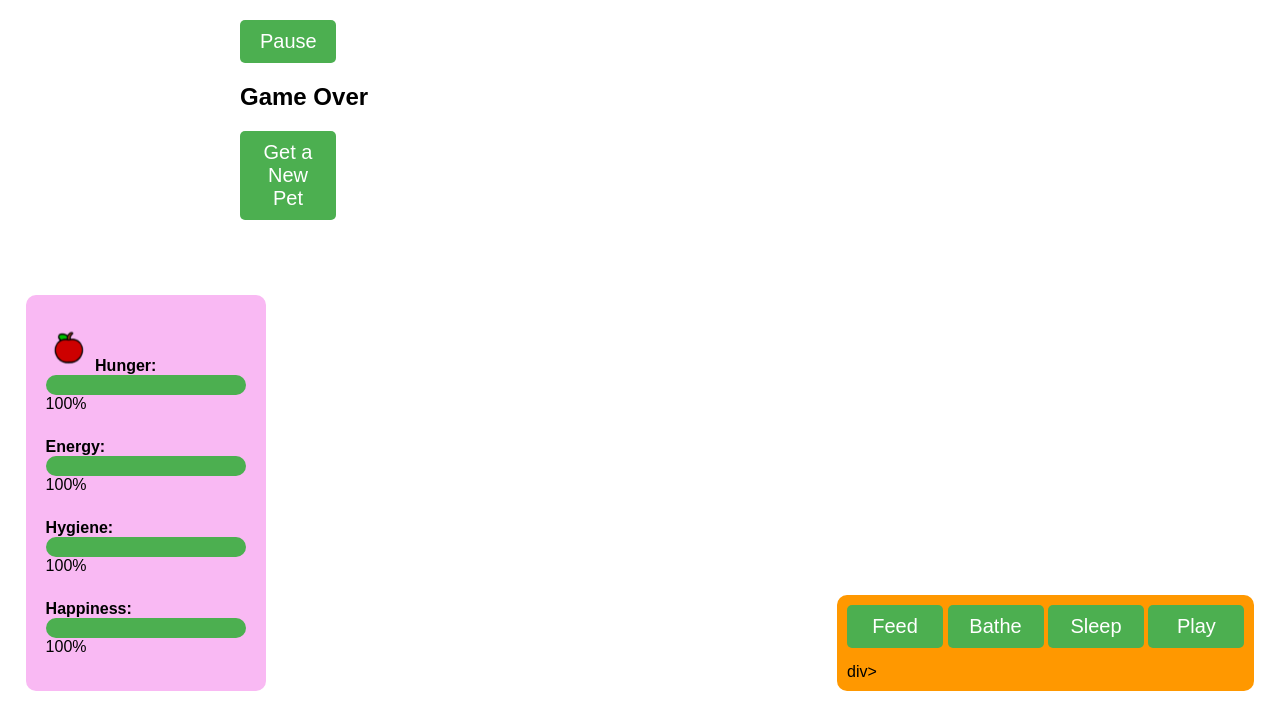
Repository: sarahjx/CapyCare
Page: html/index.html
An editor plug-in stored every save of this project. The page is shown before and after a run of saves, followed by the edit.
The browser window is 1280 px wide. The pictures show the whole page.
Some web fonts or font styles are not loaded; a fallback is used.

Above is the page before, as saved 2025-04-30 17:55:35.

### html/index.html
<!-- @format -->

<!DOCTYPE html>
<html lang="en">
  <head>
    <meta charset="UTF-8" />
    <meta name="viewport" content="width=device-width, initial-scale=1.0" />
    <title>Virtual Pet Game</title>
    <link rel="preconnect" href="https://fonts.googleapis.com">
    <link rel="preconnect" href="https://fonts.gstatic.com" crossorigin>
    <link href="https://fonts.googleapis.com/css2?family=McLaren&display=swap" rel="stylesheet">
    <link rel="stylesheet" href="../css/statusbar.css" />
  </head>
  <body>
    <div class="status-bar-container">

      <div class="status-bar">
        <span class="hunger-icon"><img src="../images/hunger.svg" alt="hunger icon"></span>
        <span class="status-label">Hunger:</span>
        <div class="status-progress">
          <div id="hunger-bar" class="status-fill" style="width: 100%"></div>
        </div>
        <span id="hunger-value">100%</span>
        <div id="hunger-warning" class="warning"></div>
      </div>

      <div class="status-bar">
        <span class="status-label">Energy:</span>
        <div class="status-progress">
          <div id="energy-bar" class="status-fill" style="width: 100%"></div>
        </div>
        <span id="energy-value">100%</span>
        <div id="energy-warning" class="warning"></div>
      </div>

      <div class="status-bar">
        <span class="status-label">Hygiene:</span>
        <div class="status-progress">
          <div id="hygiene-bar" class="status-fill" style="width: 100%"></div>
        </div>
        <span id="hygiene-value">100%</span>
        <div id="hygiene-warning" class="warning"></div>
      </div>

      <div class="status-bar">
        <span class="status-label">Happiness:</span>
        <div class="status-progress">
          <div id="happiness-bar" class="status-fill" style="width: 100%"></div>
        </div>
        <span id="happiness-value">100%</span>
        <div id="happiness-warning" class="warning"></div>
      </div>
    </div>

      <div class="action-buttons">
        <div>

          <button onclick="feedPet(currentPet)">Feed</button>
          <button onclick="bathePet(currentPet)">Bathe</button>
          <button onclick="bedtime(currentPet)">Sleep</button>
          <button onclick="touchPet(currentPet)">Play</button>
        </div>div>
      </div>
      <button id="pauseButton" onclick="togglePause()" class="pause-button">
        Pause
      </button>
    </div>

    <div id="gameOverScreen" class="game-over-screen">
      <div class="game-over-content">
        <h2>Game Over</h2>
        <p id="gameOverMessage"></p>
        <button onclick="resetGame()">Get a New Pet</button>
      </div>
    </div>

    <script src="../backend/status.js"></script>
  </body>
</html>

### css/statusbar.css
:root {
  --primary-color: #F9D9D9;
  --secondary-color: #D9E7F9;
  --tertiary-color: #FFF1FB;
  --accent-color: #F7EFD7;
  --text-color: #333;
  --spacing-xs: 0.5rem;
  --spacing-sm: 0.75rem;
  --spacing-md: 1rem;
  --spacing-lg: 1.5rem;
  --spacing-xl: 2rem;
  --spacing-xxl: 3rem;
  --font-family: 'McLaren', sans-serif;
  --font-size-xs: 0.75rem;
  --font-size-sm: 0.875rem;
  --font-size-md: 1rem;
  --font-size-lg: 1.125rem;
  --font-size-xl: 1.25rem;
  --font-size-xxl: 1.5rem;
}

body {
  font-family: var(--font-family);
  font-weight: 10;
  max-width: 800px;
  margin: 0 auto;
  padding: 20px;
  background-color: #ffffff;
}

.status-bar-container {
  position: fixed;
  background-color: rgb(249, 185, 243);
  padding: 20px;
  border-radius: 10px;
  display: inline-flex;
  flex-direction: column;
  bottom: 4%;
  left: 2%;
}

.status-bar {
  margin: 10px 0;
}

.status-label {
  display: inline-block;
  width: 100px;
  font-weight: bold;
}

.status-progress {
  width: 200px;
  height: 20px;
  background-color: #eee;
  border-radius: 10px;
  overflow: hidden;
}

.status-fill {
  height: 100%;
  background-color: #4caf50;
  transition: width 0.3s ease;
}

.action-buttons {
  margin-top: 20px;
  display: inline-flex;
  flex-direction: column;
  padding: 10px;
  border-radius: 10px;
  gap: 15px;
  background-color: #ff9800;
  position: fixed;
  right: 2%;
  bottom: 4%;

}


button {
  padding: 10px 20px;
  border: none;
  border-radius: 5px;
  background-color: #4caf50;
  color: white;
  cursor: pointer;
  transition: background-color 0.3s;
  width: 6rem;
  font-family: var(--font-family);
  font-weight: 7pt;
  font-size: var(--font-size-xl);

}

button:hover {
  background-color: #45a049;
}

.warning {
  color: #ff9800;
  font-weight: bold;
  margin-top: 5px;
}

.critical {
  color: #f44336;
  font-weight: bold;
  margin-top: 5px;
}

### backend/status.js
/** @format */

function Personality(favFood, active, clean, clingy, foodLover, introText) {
  this.favFood = favFood;
  this.active = active;
  this.clean = clean;
  this.clingy = clingy;
  this.foodLover = foodLover;
  this.intro = introText;
}

const mix1 = new Personality(
  "Sunfruit",
  true,
  true,
  true,
  true,
  "This pet is energetic and playful, always ready to explore or play. They love the taste of Sunfruit and will happily eat it when offered, but they'll need constant attention, so expect lots of petting and cuddling. Despite their active nature, they stay clean and are easy to bathe. This pet loves affection and will return it in kind!"
);
const mix2 = new Personality(
  "Snakberry",
  true,
  true,
  false,
  true,
  "This pet is full of energy and loves to make the most of their days. They are particularly fond of Snakberries, which they will devour happily, but they tend to get hungry more often due to their high energy levels. Despite their active nature, they keep themselves clean and are easy to bathe. They're not overly clingy, so while they'll happily spend time with you, they won't be demanding affection constantly."
);
const mix3 = new Personality(
  "Dreamleaf",
  false,
  false,
  true,
  false,
  "This pet is laid-back and enjoys spending time with you, always seeking your company. They love Dreamleaf as a treat, but they're not particularly food-driven and don't get hungry as often. While they may get a little dirty from time to time, they tend to move around when you try to bathe them. Expect them to seek out your attention frequently, and be ready to shower them with love when they come to you for pets."
);

const personalities = [mix1, mix2, mix3];

// Global variable to store current pet
let currentPet = null;

// Store interval IDs globally
let hungerInterval = null;
let energyInterval = null;
let hygieneInterval = null;
let happinessInterval = null;

let isGameOver = false;

function getRandomPersonality() {
  const randomIndex = Math.floor(Math.random() * personalities.length);
  currentPet = personalities[randomIndex];
  console.log("New pet initialized:", currentPet.intro);
  return currentPet;
}

let hunger = 100;
let energy = 100;
let hygiene = 100;
let happiness = 100;

// Personality-based status decrease functions
function decreaseHunger() {
  if (!currentPet || isGameOver) return;

  // Food lovers get hungry faster
  const decreaseAmount = currentPet.foodLover ? 15 : 10;
  if (hunger <= 0) {
    hunger = 0;
    if (checkGameOver()) return;
  } else if (hunger > 0) {
    hunger -= decreaseAmount;
    if (checkGameOver()) return;
  }
  console.log("Hunger: " + hunger);
  warning();
}

function decreaseEnergy() {
  if (!currentPet || isGameOver) return;

  // Active pets lose energy faster
  const decreaseAmount = currentPet.active ? 15 : 10;
  if (energy <= 0) {
    energy = 0;
    if (checkGameOver()) return;
  } else if (energy > 0) {
    energy -= decreaseAmount;
    if (checkGameOver()) return;
  }
  console.log("Energy: " + energy);
  warning();
}

function decreaseHygiene() {
  if (!currentPet || isGameOver) return;

  // Clean pets lose hygiene slower
  const decreaseAmount = currentPet.clean ? 8 : 12;
  if (hygiene <= 0) {
    hygiene = 0;
    if (checkGameOver()) return;
  } else if (hygiene > 0) {
    hygiene -= decreaseAmount;
    if (checkGameOver()) return;
  }
  console.log("Hygiene: " + hygiene);
  warning();
}

function decreaseHappiness() {
  if (!currentPet || isGameOver) return;

  // Clingy pets lose happiness faster when not attended to
  const decreaseAmount = currentPet.clingy ? 15 : 10;
  if (happiness <= 0) {
    happiness = 0;
    if (checkGameOver()) return;
  } else if (happiness > 0) {
    happiness -= decreaseAmount;
    if (checkGameOver()) return;
  }
  console.log("Happiness: " + happiness);
  warning();
}

// Update intervals with personality-based timing
function updateIntervals() {
  // Clear any existing intervals
  if (hungerInterval) clearInterval(hungerInterval);
  if (energyInterval) clearInterval(energyInterval);
  if (hygieneInterval) clearInterval(hygieneInterval);
  if (happinessInterval) clearInterval(happinessInterval);

  // Set new intervals based on personality
  hungerInterval = setInterval(
    () => {
      decreaseHunger();
      warning();
    },
    currentPet.foodLover ? 6000 : 8000
  );

  energyInterval = setInterval(
    () => {
      decreaseEnergy();
      warning();
    },
    currentPet.active ? 8000 : 12000
  );

  hygieneInterval = setInterval(
    () => {
      decreaseHygiene();
      warning();
    },
    currentPet.clean ? 18000 : 15000
  );

  happinessInterval = setInterval(
    () => {
      decreaseHappiness();
      warning();
    },
    currentPet.clingy ? 8000 : 10000
  );

  console.log("Intervals updated for pet:", currentPet.intro);
}

// Pause game function
function pauseGame() {
  if (hungerInterval) clearInterval(hungerInterval);
  if (energyInterval) clearInterval(energyInterval);
  if (hygieneInterval) clearInterval(hygieneInterval);
  if (happinessInterval) clearInterval(happinessInterval);
  console.log("Game paused");
}

// Resume game function
function resumeGame() {
  updateIntervals();
  console.log("Game resumed");
}

// Initialize with a random pet and start intervals
currentPet = getRandomPersonality();
updateIntervals();

function touchPet(personality) {
  if (personality.clingy) {
    gainStatus("happiness");
    console.log("Your pet loves the attention!");
  } else {
    loseStatus("happiness");
    console.log("Your pet prefers their space.");
  }
}

function feedPet(personality) {
  gainStatus("hunger"); // Always increase hunger
  if (personality.foodLover) {
    gainStatus("happiness");
    console.log("Your pet loves the food!");
  } else {
    loseStatus("happiness");
    console.log("Your pet isn't very interested in food.");
  }
}

function bathePet(personality) {
  gainStatus("hygiene"); // Always increase hygiene
  if (personality.clean) {
    gainStatus("happiness");
    console.log("Your pet enjoys being clean!");
  } else {
    loseStatus("happiness");
    console.log("Your pet doesn't like baths.");
  }
}

function bedtime(personality) {
  gainStatus("energy"); // Always increase energy
  if (personality.active) {
    loseStatus("happiness");
    console.log("Your pet is too energetic to sleep!");
  } else {
    gainStatus("happiness");
    console.log("Your pet enjoys resting.");
  }
}

function gainStatus(category) {
  switch (category) {
    case "hunger":
      if (hunger >= 100) {
        console.log("Hunger is full!");
      } else if (hunger < 100) {
        hunger += 10;
        console.log("Hunger: " + hunger);
      }
      break;
    case "energy":
      if (energy >= 100) {
        console.log("Energy is full!");
      } else if (energy < 100) {
        energy += 10;
        console.log("Energy: " + energy);
      }
      break;
    case "hygiene":
      if (hygiene >= 100) {
        console.log("Hygiene is full!");
      } else if (hygiene < 100) {
        hygiene += 10;
        console.log("Hygiene: " + hygiene);
      }
      break;
    case "happiness":
      if (happiness >= 100) {
        console.log("Happiness is full!");
      } else if (happiness < 100) {
        happiness += 10;
        console.log("Happiness: " + happiness);
      }
      break;
    default:
      console.log("Invalid category");
  }
}

function loseStatus(category) {
  switch (category) {
    case "hunger":
      if (hunger <= 0) {
        console.log("Hunger is empty!");
        hunger = 0;
      } else if (hunger > 0) {
        hunger -= 10;
        console.log("Hunger: " + hunger);
      }
      break;
    case "energy":
      if (energy <= 0) {
        console.log("Energy is empty!");
        energy = 0;
      } else if (energy > 0) {
        energy -= 10;
        console.log("Energy: " + energy);
      }
      break;
    case "hygiene":
      if (hygiene <= 0) {
        console.log("Hygiene is empty!");
        hygiene = 0;
      } else if (hygiene > 0) {
        hygiene -= 10;
        console.log("Hygiene: " + hygiene);
      }
      break;
    case "happiness":
      if (happiness <= 0) {
        console.log("Happiness is empty!");
        happiness = 0;
      } else if (happiness > 0) {
        happiness -= 10;
        console.log("Happiness: " + happiness);
      }
      break;
    default:
      console.log("Invalid category");
  }
}

function warning() {
  // Hunger warnings
  if (hunger <= 50 && hunger > 20) {
    document.getElementById("hunger-warning").textContent =
      "Your pet is getting hungry!";
    document.getElementById("hunger-warning").className = "warning";
  } else if (hunger <= 20 && hunger > 0) {
    document.getElementById("hunger-warning").textContent =
      "Your pet is starving!";
    document.getElementById("hunger-warning").className = "critical";
  } else {
    document.getElementById("hunger-warning").textContent = "";
  }

  // Energy warnings
  if (energy <= 50 && energy > 20) {
    document.getElementById("energy-warning").textContent =
      "Your pet is getting tired!";
    document.getElementById("energy-warning").className = "warning";
  } else if (energy <= 20 && energy > 0) {
    document.getElementById("energy-warning").textContent =
      "Your pet is exhausted!";
    document.getElementById("energy-warning").className = "critical";
  } else {
    document.getElementById("energy-warning").textContent = "";
  }

  // Hygiene warnings
  if (hygiene <= 50 && hygiene > 20) {
    document.getElementById("hygiene-warning").textContent =
      "Your pet needs a bath!";
    document.getElementById("hygiene-warning").className = "warning";
  } else if (hygiene <= 20 && hygiene > 0) {
    document.getElementById("hygiene-warning").textContent =
      "Your pet is filthy!";
    document.getElementById("hygiene-warning").className = "critical";
  } else {
    document.getElementById("hygiene-warning").textContent = "";
  }

  // Happiness warnings
  if (happiness <= 50 && happiness > 20) {
    document.getElementById("happiness-warning").textContent =
      "Your pet is getting sad!";
    document.getElementById("happiness-warning").className = "warning";
  } else if (happiness <= 20 && happiness > 0) {
    document.getElementById("happiness-warning").textContent =
      "Your pet is depressed!";
    document.getElementById("happiness-warning").className = "critical";
  } else {
    document.getElementById("happiness-warning").textContent = "";
  }
}

function checkGameOver() {
  if (hunger <= 0 || energy <= 0 || hygiene <= 0 || happiness <= 0) {
    isGameOver = true;
    pauseGame();
    showGameOver();
    return true;
  }
  return false;
}

function showGameOver() {
  let reason = "";
  if (hunger <= 0) reason = "Your pet starved to death!";
  else if (energy <= 0) reason = "Your pet died from exhaustion!";
  else if (hygiene <= 0) reason = "Your pet died from poor hygiene!";
  else if (happiness <= 0) reason = "Your pet died from sadness!";

  console.log("GAME OVER: " + reason);
  document.getElementById("gameOverMessage").textContent = reason;
  document.getElementById("gameOverScreen").style.display = "flex";
}

function resetGame() {
  isGameOver = false;
  hunger = 70;
  energy = 70;
  hygiene = 70;
  happiness = 70;
  document.getElementById("gameOverScreen").style.display = "none";
  currentPet = getRandomPersonality();
  updateStatusBars();
  updateIntervals();
}

let isPaused = false;

      function togglePause() {
        isPaused = !isPaused;
        const pauseButton = document.getElementById("pauseButton");
        const buttons = document.querySelectorAll(
          ".buttons button:not(#pauseButton)"
        );

        if (isPaused) {
          pauseButton.textContent = "Resume";
          pauseButton.classList.add("paused");
          buttons.forEach((button) => (button.disabled = true));
          pauseGame();
        } else {
          pauseButton.textContent = "Pause";
          pauseButton.classList.remove("paused");
          buttons.forEach((button) => (button.disabled = false));
          resumeGame();
        }
      }

      // Update status bars
      function updateStatusBars() {
        document.getElementById("hunger-bar").style.width = hunger + "%";
        document.getElementById("energy-bar").style.width = energy + "%";
        document.getElementById("hygiene-bar").style.width = hygiene + "%";
        document.getElementById("happiness-bar").style.width = happiness + "%";

        document.getElementById("hunger-value").textContent = hunger + "%";
        document.getElementById("energy-value").textContent = energy + "%";
        document.getElementById("hygiene-value").textContent = hygiene + "%";
        document.getElementById("happiness-value").textContent =
          happiness + "%";
      }

      // Override console.log to update UI
      const originalConsoleLog = console.log;
      console.log = function () {
        originalConsoleLog.apply(console, arguments);
        updateStatusBars();
      };

      // Initial update
      updateStatusBars();

After the next 2 saves:
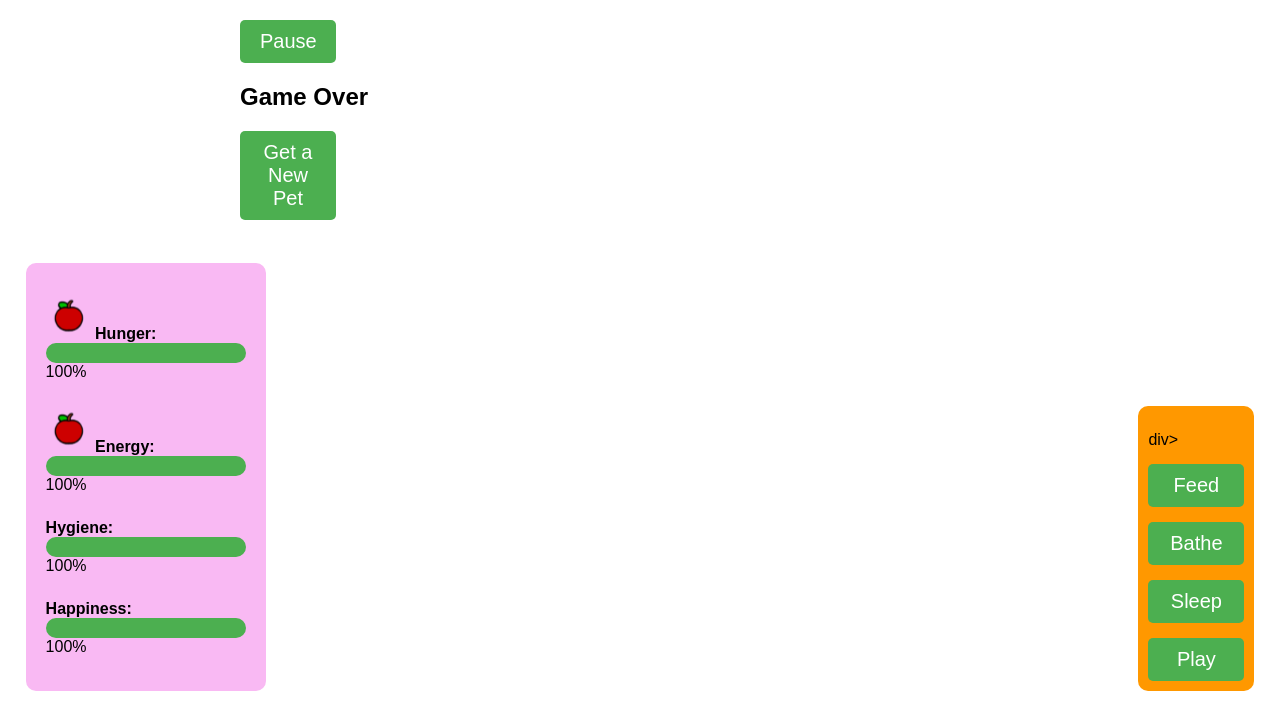
The 2 saves are shown as one change because they came seconds apart.
The last was saved 9 s later.
--- a/html/index.html
+++ b/html/index.html
@@ -25,6 +25,7 @@
       </div>
 
       <div class="status-bar">
+        <span class="hunger-icon"><img src="../images/hunger.svg" alt="hunger icon"></span>
         <span class="status-label">Energy:</span>
         <div class="status-progress">
           <div id="energy-bar" class="status-fill" style="width: 100%"></div>
@@ -55,11 +56,11 @@
       <div class="action-buttons">
         <div>
 
-          <button onclick="feedPet(currentPet)">Feed</button>
-          <button onclick="bathePet(currentPet)">Bathe</button>
-          <button onclick="bedtime(currentPet)">Sleep</button>
-          <button onclick="touchPet(currentPet)">Play</button>
         </div>div>
+        <button onclick="feedPet(currentPet)">Feed</button>
+        <button onclick="bathePet(currentPet)">Bathe</button>
+        <button onclick="bedtime(currentPet)">Sleep</button>
+        <button onclick="touchPet(currentPet)">Play</button>
       </div>
       <button id="pauseButton" onclick="togglePause()" class="pause-button">
         Pause
